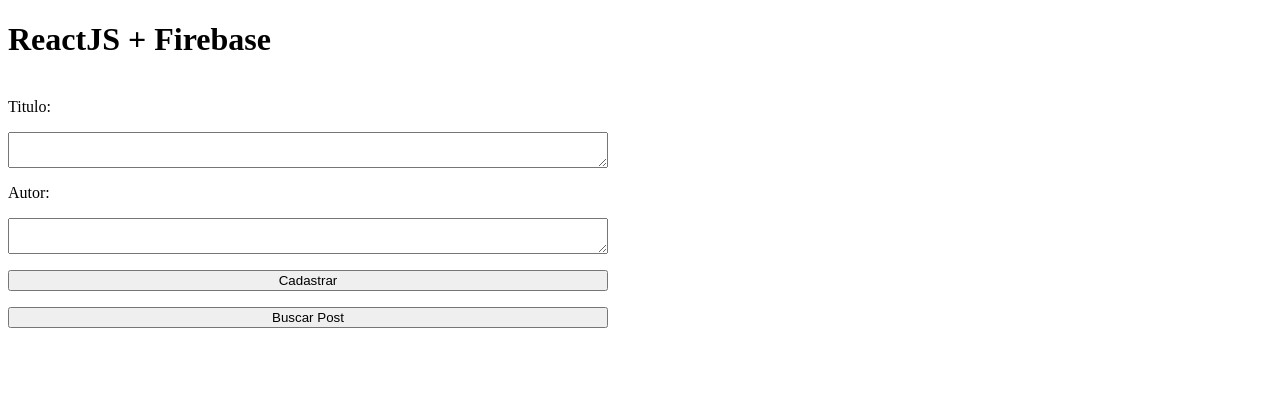
Repository: joaoaspimienta/Estudos-de-firebase
Page: /
The author's editor kept a copy of each file at every save. The page is drawn from the files as they stood at one save, then again after the next save.
The browser window is 1280 px wide. The pictures show the whole page.
The page's requests for data from a server got no answer. The project was rebuilt for these pictures with package versions that can differ from the ones it lists, and the page was loaded fresh each time. No one was signed in, and anything a server would have sent is missing.

Above is the page before, as saved 2022-06-12 11:22:13.

After the next save:
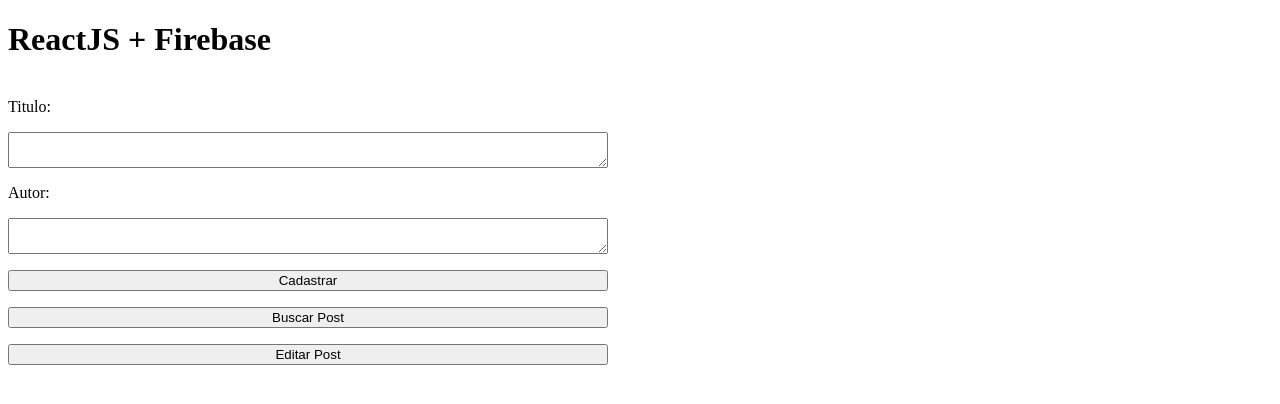
Saved 110 s later.
--- a/src/App.js
+++ b/src/App.js
@@ -91,6 +91,10 @@
     }) */
   }
 
+  async function editarPost() {
+    firebase.firestore().doc("posts");
+  }
+
   return (
     <div>
       <h1>ReactJS + Firebase</h1>
@@ -110,12 +114,14 @@
           onChange={(e) => setAutor(e.target.value)}
         />
         <button onClick={handleAdd}>Cadastrar</button>
-        <button onClick={buscaPost}>Buscar Post</button> <br />
+        <button onClick={buscaPost}>Buscar Post</button>
+        <button onClick={editarPost}>Editar Post</button> <br />
         <ul>
           {posts.map((post) => {
             return (
               <li key={post.id}>
                 <span>ID: {post.id}</span>
+                <br />
                 <span>Titulo: {post.titulo}</span> <br />
                 <span>Autor: {post.autor}</span> <br />
                 <br />
